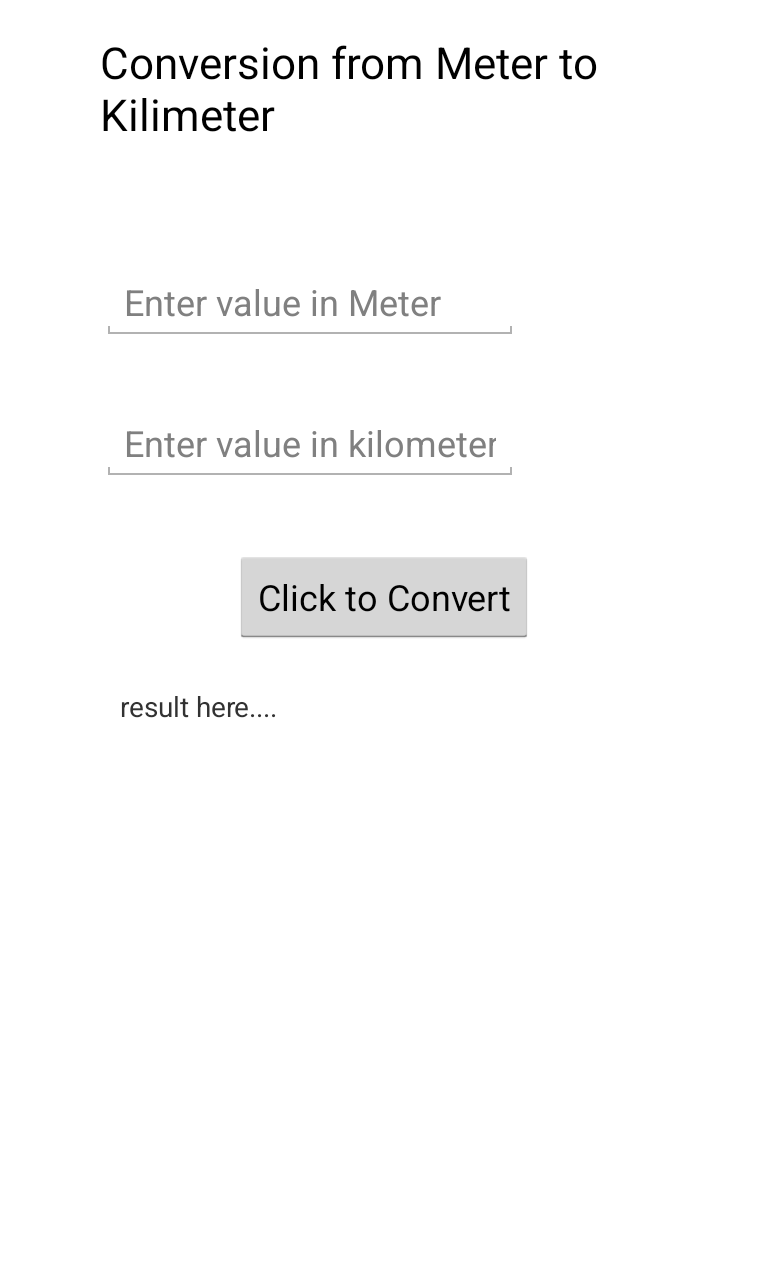
Repository: Shruthi06/designed-droid
Layout: Mock_converter/res/layout/activity_main.xml
These files come from the project's save history. The layout is drawn as it stood at one moment and after the next save; the edit follows.
It is drawn on a 768 x 1280 px phone screen (xhdpi) without system bars, with theme AppTheme; the app's code is not run.

Above is the layout before, as saved 2016-02-08 08:53:31.

### Mock_converter/res/layout/activity_main.xml
<RelativeLayout xmlns:android="http://schemas.android.com/apk/res/android"
    xmlns:tools="http://schemas.android.com/tools"
    android:layout_width="match_parent"
    android:layout_height="match_parent"
    android:paddingBottom="@dimen/activity_vertical_margin"
    android:paddingLeft="@dimen/activity_horizontal_margin"
    android:paddingRight="@dimen/activity_horizontal_margin"
    android:paddingTop="@dimen/activity_vertical_margin"
    tools:context=".MainActivity" >

    <TextView
        android:id="@+id/textView1"
        android:layout_width="wrap_content"
        android:layout_height="wrap_content"
        android:layout_alignLeft="@+id/edit_meter"
        android:layout_alignParentTop="true"
        android:text="Conversion from Meter to Kilimeter"
        android:textAppearance="?android:attr/textAppearanceLarge" />

    <EditText
        android:id="@+id/edit_meter"
        android:layout_width="wrap_content"
        android:layout_height="wrap_content"
        android:layout_alignParentLeft="true"
        android:layout_below="@+id/textView1"
        android:layout_marginLeft="34dp"
        android:layout_marginTop="60dp"
        android:inputType="numberDecimal"
        android:ems="10"
        android:hint="Enter value in Meter" />

    <EditText
        android:id="@+id/edit_km"
        android:layout_width="wrap_content"
        android:layout_height="wrap_content"
        android:layout_alignLeft="@+id/edit_meter"
        android:layout_below="@+id/edit_meter"
        android:layout_marginTop="31dp"
        android:ems="10"
        android:inputType="numberDecimal"
        android:hint="Enter value in kilometer" />

    <Button
        android:id="@+id/buttonconvert"
        android:layout_width="wrap_content"
        android:layout_height="wrap_content"
        android:layout_below="@+id/edit_km"
        android:layout_centerHorizontal="true"
        android:layout_marginTop="33dp"
        android:text="Click to Convert" />

    <TextView
        android:id="@+id/view_result"
        android:layout_width="200dp"
        android:layout_height="25dp"
        android:layout_alignRight="@+id/edit_km"
        android:layout_below="@+id/buttonconvert"
        android:layout_marginTop="21dp"
        android:text="result here...." />

</RelativeLayout>

Loaded but not shown: Mock_converter/res/values/styles.xml (common file); Mock_converter/res/values-v11/styles.xml (common file); Mock_converter/res/values-v14/styles.xml (common file); Mock_converter/res/values/dimens.xml (common file)

After the next save:
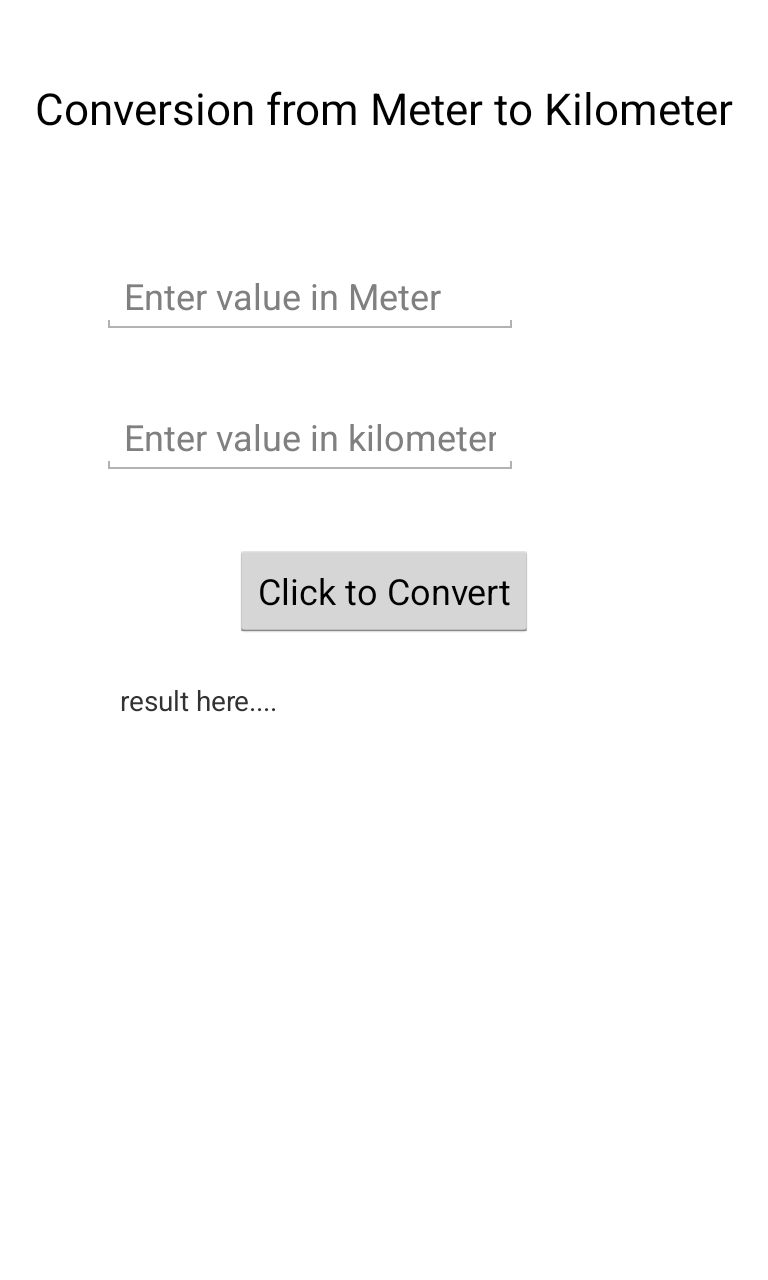
Saved 4 min 35 s later.
--- a/Mock_converter/res/layout/activity_main.xml
+++ b/Mock_converter/res/layout/activity_main.xml
@@ -7,15 +7,6 @@
     android:paddingRight="@dimen/activity_horizontal_margin"
     android:paddingTop="@dimen/activity_vertical_margin"
     tools:context=".MainActivity" >
-
-    <TextView
-        android:id="@+id/textView1"
-        android:layout_width="wrap_content"
-        android:layout_height="wrap_content"
-        android:layout_alignLeft="@+id/edit_meter"
-        android:layout_alignParentTop="true"
-        android:text="Conversion from Meter to Kilimeter"
-        android:textAppearance="?android:attr/textAppearanceLarge" />
 
     <EditText
         android:id="@+id/edit_meter"
@@ -58,4 +49,14 @@
         android:layout_marginTop="21dp"
         android:text="result here...." />
 
+    <TextView
+        android:id="@+id/textView1"
+        android:layout_width="wrap_content"
+        android:layout_height="wrap_content"
+        android:layout_alignParentTop="true"
+        android:layout_centerHorizontal="true"
+        android:layout_marginTop="23dp"
+        android:text="Conversion from Meter to Kilometer"
+        android:textAppearance="?android:attr/textAppearanceLarge" />
+
 </RelativeLayout>
